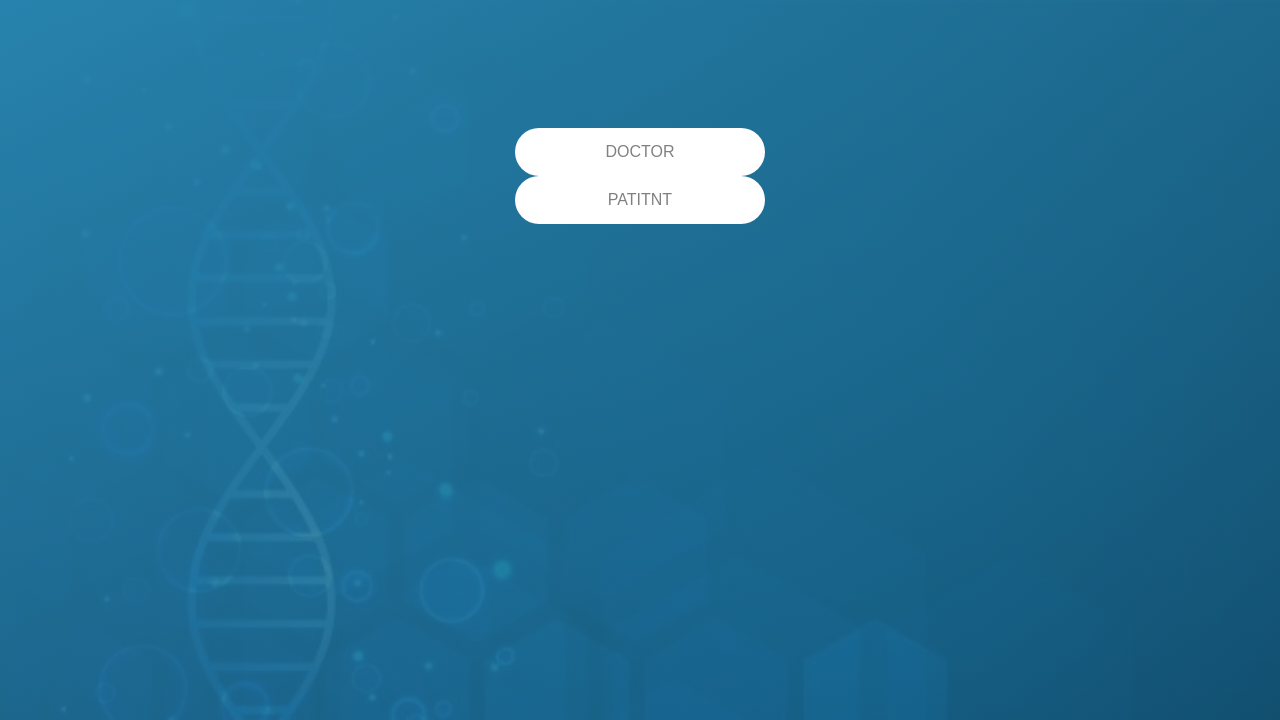
Repository: ajayaj2001/healthcare-digitization
Page: /
An editor plug-in stored every save of this project. The page is shown before and after the next save, followed by the edit.
The browser window is 1280 px wide. The pictures show the whole page.
The project was rebuilt for these pictures with package versions that can differ from the ones it lists, and the page was loaded fresh each time.

Above is the page before, as saved 2021-03-12 18:37:14.

After the next save:
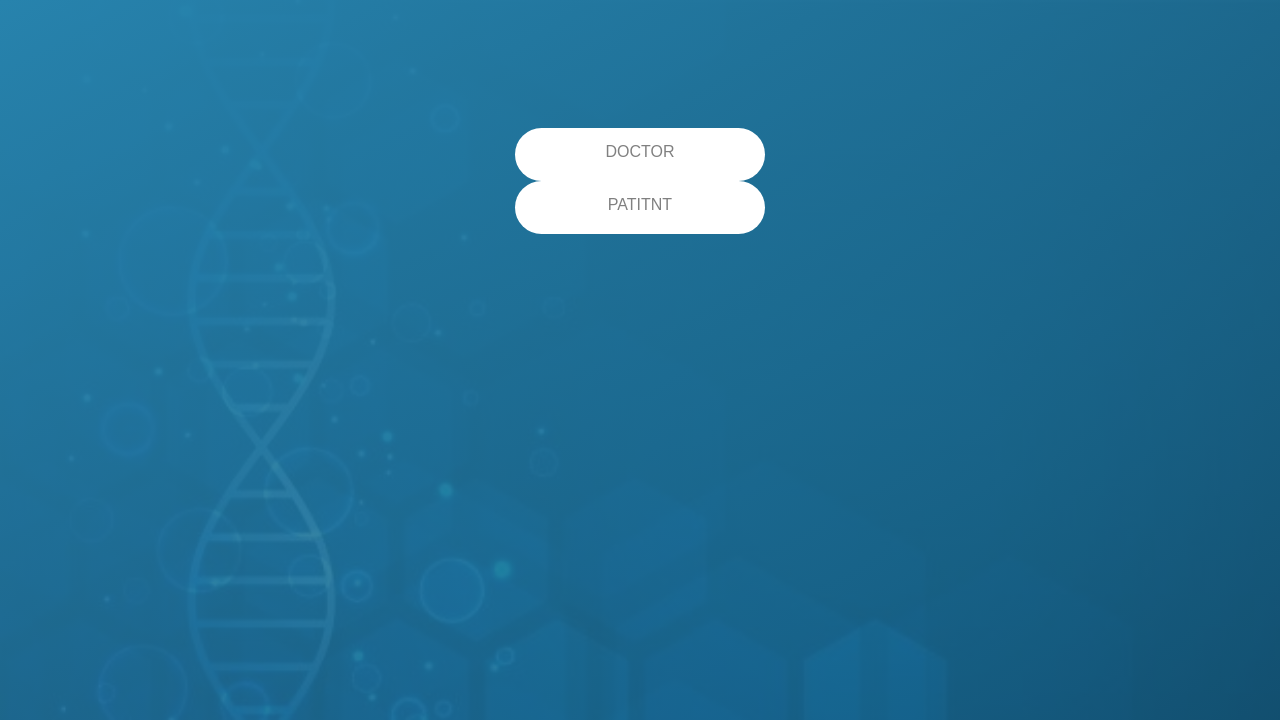
Saved 26 s later.
--- a/src/component/userType/UserType.scss
+++ b/src/component/userType/UserType.scss
@@ -19,6 +19,7 @@
         position: relative;
         font-size: 1.6rem;
         width: 25rem;
+    padding-bottom: 2rem;
         //for button element
 
         border: none;

After the save that followed:
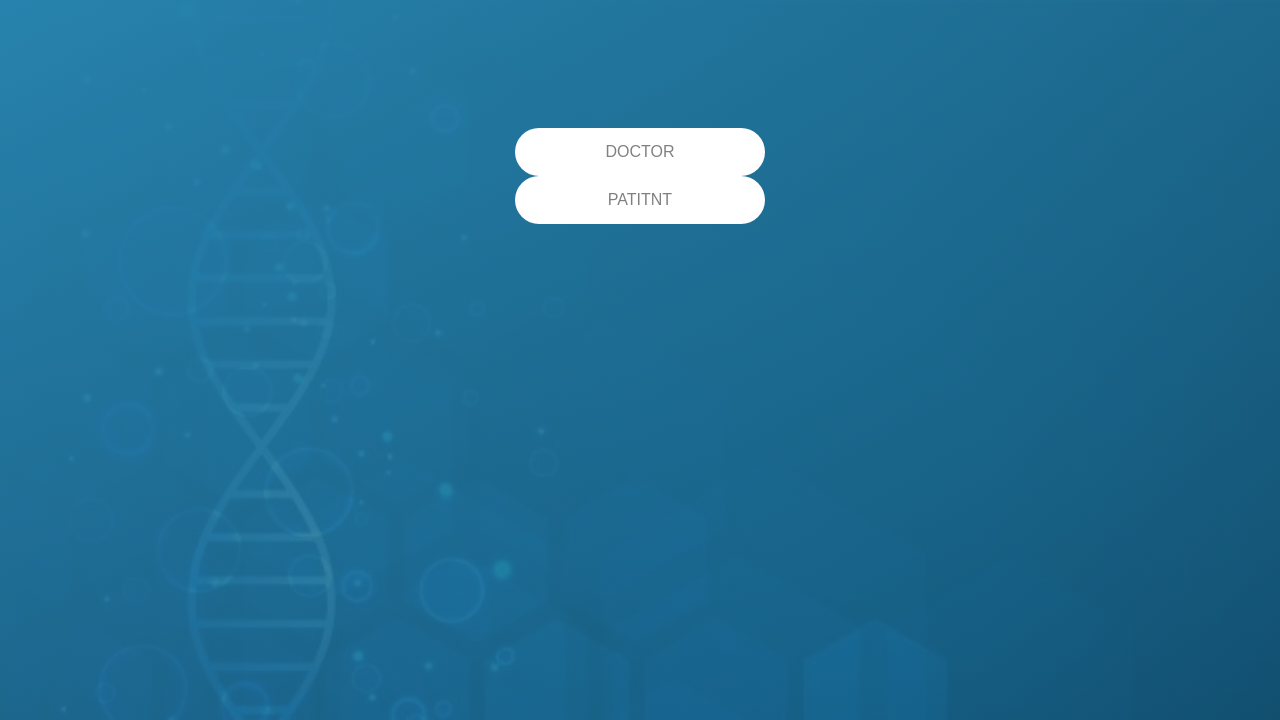
Saved 5 s later.
--- a/src/component/userType/UserType.scss
+++ b/src/component/userType/UserType.scss
@@ -19,7 +19,6 @@
         position: relative;
         font-size: 1.6rem;
         width: 25rem;
-    padding-bottom: 2rem;
         //for button element
 
         border: none;
